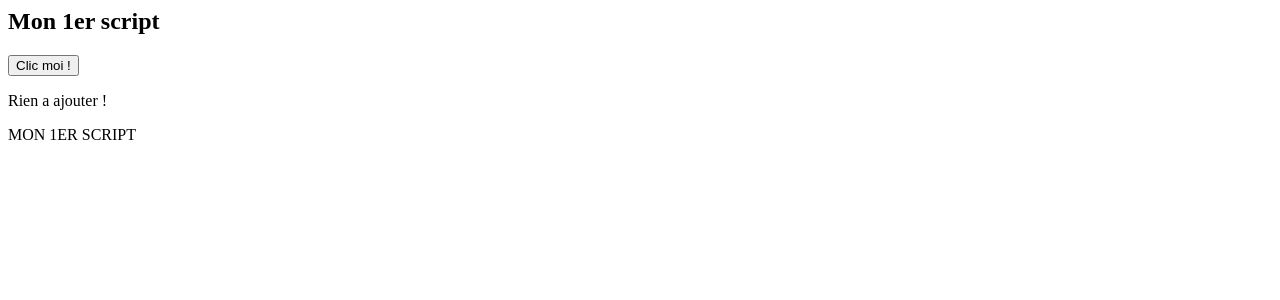
Repository: evalwebmeteofullstack/Gestion_meteo
Page: Notes/Exercices/static/test/Mon-1er-code.html
An editor plug-in stored every save of this project. The page is shown before and after the next save, followed by the edit.
The browser window is 1280 px wide. The pictures show the whole page.

Above is the page before, as saved 2019-01-30 13:14:02.

After the next save:
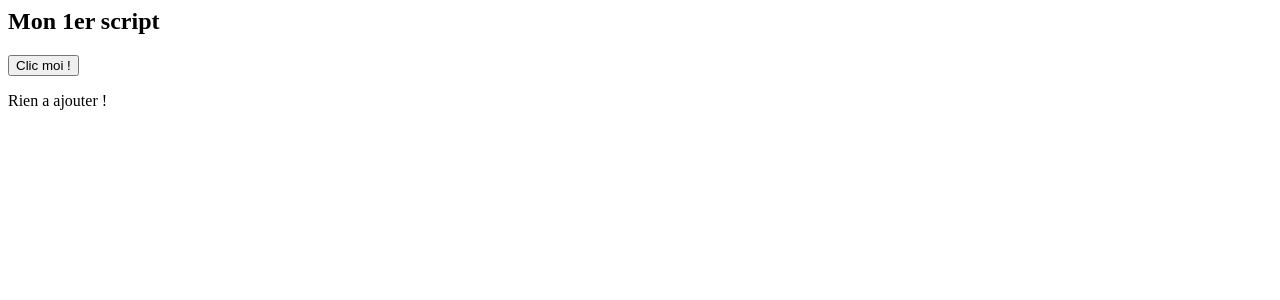
Console error (its wording comes from the project's code and is left out).
Saved 19 min 58 s later.
--- a/Notes/Exercices/static/test/Mon-1er-code.html
+++ b/Notes/Exercices/static/test/Mon-1er-code.html
@@ -6,7 +6,7 @@
 </head>
 
 <body>
-	<h2>Mon 1er script</h2>
+	<h2 id="montitre">Mon 1er script</h2>
 	<!-- un embryon de formulaire avec déjà du code JS événementiel -->
 	<input type="button" value="Clic moi !" onClick="alert('Hello');" />
 	<p>Rien a ajouter !</p>
--- a/Notes/Exercices/static/test/test.js
+++ b/Notes/Exercices/static/test/test.js
@@ -1,2 +1,2 @@
 alert("C'est mon 1er script");
-document.write("MON 1ER SCRIPT");
+#montitre.document.write("Ma bite");

After the 5 saves that followed:
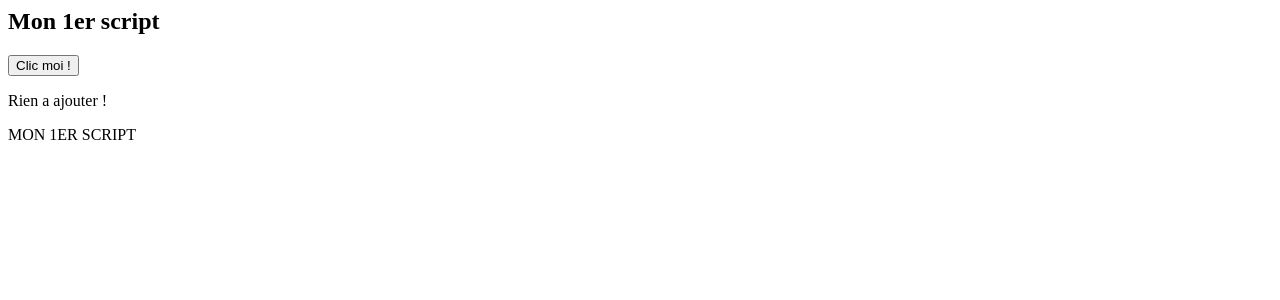
The error is gone.
The 5 saves are shown as one change because 4 left the picture as it was.
The last was saved 2 min 40 s later.
--- a/Notes/Exercices/static/test/test.js
+++ b/Notes/Exercices/static/test/test.js
@@ -1,2 +1,2 @@
 alert("C'est mon 1er script");
-#montitre.document.write("Ma bite");
+document.write("MON 1ER SCRIPT");
